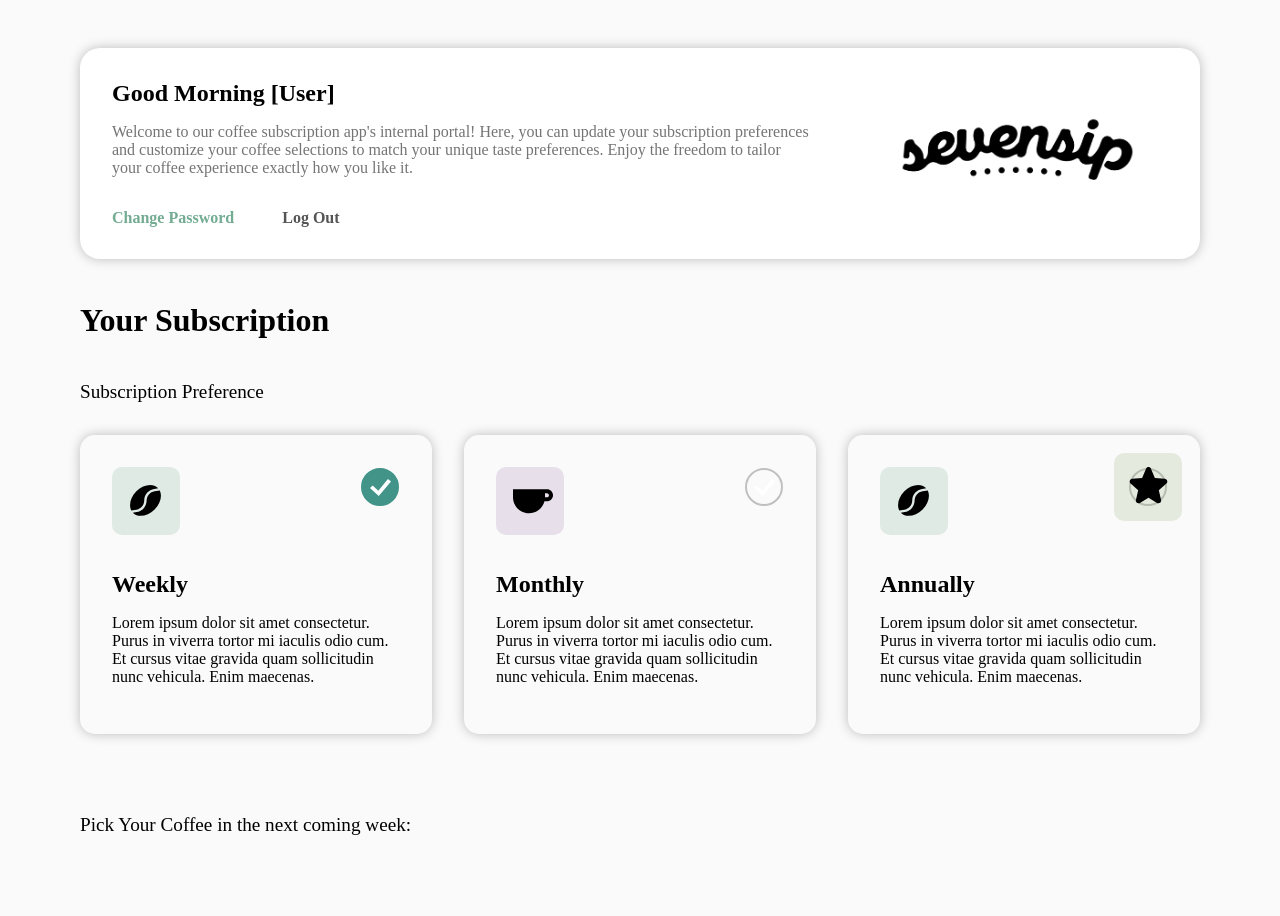
Repository: Haydenleung/COMP-4170-Final-Project
Page: http://localhost/main
These files come from the project's save history. The page is drawn as it stood at one moment and after the next save; the edit follows.
The browser window is 1280 px wide. The pictures show the whole page.
The page is served by the project's Node server (app.js).

Above is the page before, as saved 2024-03-22 18:19:57.

### views/main.ejs
<%- include('partials/header') %>


    <div class="main-container">
        <div class="main-subcontainer">
            <div class="main-welcome">
                <div class="main-greeting">
                    <h3>Good Morning [User]</h3>
                    <p>Welcome to our coffee subscription app's internal portal! Here, you can update your subscription
                        preferences and customize your coffee selections to match your unique taste preferences. Enjoy
                        the freedom to tailor your coffee experience exactly how you like it.</p>
                </div>
                <div class="main-feature">
                    <a href="/edit" class="mainbtn chnpassword">Change Password</a>
                    <a href="/" class="mainbtn logout">Log Out</a>
                </div>
            </div>
            <div class="main-logo-container">
                <img class="main-logo" src="/images/logo.png" alt="company logo" />
            </div>
        </div>
        <div class="main-content">
            <h4>Your Subscription</h4>
            <div class="subscribe-section">
                <h5>Subscription Preference</h5>
                <div class="subscribe-container">
                    <div class="sub-option selected">
                        <div class="tick">
                            <svg viewBox="0 0 100 100" xmlns="http://www.w3.org/2000/svg">
                                <circle cx="50" cy="50" r="45" fill="#429488" stroke="#429488" stroke-width="5" />
                            </svg>
                            <img class="sub-tick" src="/images/tick.svg" alt="icon" />
                        </div>
                        <img class="sub-icon" src="/images/week.svg" alt="icon" />
                        <div class="sub-title">Weekly</div>
                        <p class="sub-body">Lorem ipsum dolor sit amet consectetur. Purus in viverra tortor mi iaculis
                            odio cum. Et
                            cursus vitae gravida quam sollicitudin nunc vehicula. Enim maecenas.</p>
                    </div>
                    <div class="sub-option">
                        <div class="tick">
                            <svg viewBox="0 0 100 100" xmlns="http://www.w3.org/2000/svg">
                                <circle cx="50" cy="50" r="45" fill="none" stroke="#C0C0C0" stroke-width="5" />
                            </svg>
                            <img class="sub-tick" src="/images/tick.svg" alt="icon" />
                        </div>
                        <img class="sub-icon" src="/images/month.svg" alt="icon" />
                        <div class="sub-title">Monthly</div>
                        <p class="sub-body">Lorem ipsum dolor sit amet consectetur. Purus in viverra tortor mi iaculis
                            odio cum. Et
                            cursus vitae gravida quam sollicitudin nunc vehicula. Enim maecenas.</p>
                    </div>
                    <div class="sub-option">
                        <div class="tick">
                            <svg viewBox="0 0 100 100" xmlns="http://www.w3.org/2000/svg">
                                <circle cx="50" cy="50" r="45" fill="none" stroke="#C0C0C0" stroke-width="5" />
                            </svg>
                            <img class="sub-tick" src="/images/annual.svg" alt="icon" />
                        </div>
                        <img class="sub-icon" src="/images/week.svg" alt="icon" />
                        <div class="sub-title">Annually</div>
                        <p class="sub-body">Lorem ipsum dolor sit amet consectetur. Purus in viverra tortor mi iaculis
                            odio cum. Et
                            cursus vitae gravida quam sollicitudin nunc vehicula. Enim maecenas.</p>
                    </div>

                </div>
            </div>
            <div class="coffee-section">
                <h5>Pick Your Coffee in the next coming week:</h5>
                <div></div>
            </div>
        </div>
    </div>

    <%- include('partials/footer') %>

### views/partials/header.ejs
<!DOCTYPE html>
<html lang="en">

<head>
    <meta charset="UTF-8" />
    <meta http-equiv="X-UA-Compatible" content="IE=edge" />
    <meta name="viewport" content="width=device-width, initial-scale=1.0" />
    <link rel="stylesheet" href="styles/main.css" />
    <title>Subscriber Portal</title>
</head>

<body>
    <main>

### app.js
import express from "express";
import pg from "pg";

const app = express();
const port = 3000;

app.set('view engine', 'ejs');

app.use(express.urlencoded({ extended: true }));
app.use(express.static("public"));

app.get("/", (req, res) => {
    res.render("index.ejs");
});

app.get("/register", (req, res) => {
    res.render("register.ejs");
});

app.get("/main", (req, res) => {
    res.render("main.ejs");
});

app.listen(port, () => {
    console.log(`Server running on port ${port}`);
});

### public/styles/main.css
* {
    box-sizing: border-box;
    font-family: "Montserrat";
}

html {
    background-color: #FAFAFA;
    height: 100vh;
    padding: 0;
    margin: 0;
}

body {
    display: flex;
    flex-direction: column;
    padding: 0;
    margin: 0;
    height: 100%;
}

main {
    display: flex;
    flex-grow: 1;
}

.home {
    display: flex;
    flex-direction: row;
    height: 100%;
    width: 100%;
}

.photo {
    object-fit: cover;
    width: 100%;
    height: 100%;
    border-radius: 0 20px 20px 0;
}

.home-photo {
    height: 100%;
    flex-grow: 1;
    overflow: hidden;
}

.home-login {
    min-width: 40rem;
    display: flex;
    flex-direction: column;
    justify-content: center;
    align-items: center;
}

.login-container {
    width: 100%;
    height: 100%;
    display: flex;
    flex-direction: column;
    justify-content: center;
    align-items: center;
    padding: 1rem 8rem;
}

.logo {
    width: 10rem;
    margin-bottom: 4rem;
}

.form-container {
    display: flex;
    flex-direction: column;
    align-items: center;
    /* background-color: grey; */
    width: 100%;
    margin-bottom: 1.5rem;
}

h3 {
    font-size: 1.5em;
}

.form-title {
    text-align: center;
    margin-bottom: 3rem;
}

.form-main {
    width: 100%;
    display: flex;
    flex-direction: column;
    align-items: center;
    gap: 1.5rem;
}

.login-form {
    width: 100%;
}

.login-button {
    width: 100%;
    display: flex;
    flex-direction: column;
    gap: 1.5rem;
    margin-top: 2rem;
}

.forminput {
    width: 100%;
    height: 3rem;
    background-color: transparent;
    border: none;
    border-bottom: 1px solid black;
    padding: 1rem;
    font-size: 1em;
}

.forminput:focus {
    outline: none;
}

.submitbtn,
.regbtn {
    width: 100%;
    height: 3rem;
    border-radius: 6px;
    border: none;
    font-size: 1em;
    font-weight: 600;
    color: white;
    cursor: pointer;
    text-decoration: none;
    display: flex;
    justify-content: center;
    align-items: center;
}

.submitbtn {
    background-color: #73AC92;
}

.regbtn {
    background-color: #969696
}

.regisblue {
    background-color: #3EA1DB;
}

/* Main */

.main-container {
    width: 100%;
    display: flex;
    flex-direction: column;
    align-items: center;
    padding: 3rem 5rem;
}

.main-subcontainer {
    width: 100%;
    background-color: white;
    border-radius: 15pt;
    box-shadow: 0 0 12px rgba(0, 0, 0, 0.25);
    display: flex;
    flex-direction: row;
    padding: 2rem;
    justify-content: center;
    align-items: center;
    gap: 5%;
}

.main-welcome {
    flex-grow: 1;
    display: flex;
    flex-direction: column;
    justify-content: center;
    width: 100%;
    height: 100%;
    gap: 1rem;
}


.main-greeting>p {
    color: #747474;
    font-weight: 500;
}

.mainbtn {
    text-decoration: none;
    font-weight: 600;
}

.mainbtn:hover {
    text-decoration: underline;
    text-underline-offset: 8px;
}

.chnpassword {
    color: #73AC92;
}

.logout {
    color: #545454;
}

.main-feature {
    display: flex;
    flex-direction: row;
    gap: 3rem;
}

.main-logo-container {
    padding: 2rem;
    width: 40%;
}

.main-logo {
    width: 100%;
}

.main-content {
    width: 100%;
}

.subscribe-section {
    width: 100%;
    margin-bottom: 5rem;
}

.subscribe-container {
    display: grid;
    grid-template-columns: 1fr 1fr 1fr;
    gap: 2rem;
}

.sub-option {
    min-height: 12rem;
    box-shadow: 0 0 12px rgba(0, 0, 0, 0.25);
    border-radius: 15px;
    padding: 2rem 2rem;
    position: relative;
}

.sub-icon {
    margin-bottom: 2rem;
}

.tick {
    position: absolute;
    right: 2rem;
    top: 2rem;
    width: 2.5rem;
    display: flex;
    justify-content: center;
    align-items: center;
}

.sub-tick {
    position: absolute;
}

.sub-title {
    font-size: 1.5em;
    font-weight: 600;
    margin-bottom: 1rem;
}

h3 {
    margin: 0;
}

h4 {
    font-size: 2em;
}

h5 {
    font-size: 1.2em;
    font-weight: 400;
}

### public/images/tick.svg
<svg width="21" height="17" viewBox="0 0 21 17" fill="none" xmlns="http://www.w3.org/2000/svg">
<path d="M17.9361 0L8.31387 11.7368L2.625 6.47746L0 8.90603L8.74863 17L21 2.42857L17.9361 0Z" fill="white"/>
</svg>

### public/images/week.svg
<svg width="68" height="68" viewBox="0 0 68 68" fill="none" xmlns="http://www.w3.org/2000/svg">
<rect width="68" height="68" rx="10" fill="#73AC92" fill-opacity="0.2"/>
<path d="M24.2499 42.7501C26.4672 42.4209 28.4921 41.3054 29.9554 39.6073C31.4186 37.9092 32.2225 35.7416 32.2203 33.5001C32.2315 30.6863 33.2522 27.9699 35.0969 25.8452C36.9416 23.7204 39.4877 22.3283 42.272 21.9221L46.2649 21.3517C46.157 21.2284 46.0645 21.1051 45.9412 20.9817C40.9153 15.9559 31.2645 17.4667 24.3578 24.3426C18.5149 30.2626 16.5416 38.1251 19.2549 43.4592L24.2499 42.7501Z" fill="black"/>
<path d="M34.6256 33.5C34.6155 36.3133 33.5975 39.0298 31.7562 41.1568C29.9149 43.2838 27.3722 44.6804 24.5894 45.0933L20.7969 45.6329L21.0281 45.895C26.054 50.9208 35.7048 49.4254 42.6115 42.5496C48.4235 36.7529 50.4585 28.875 47.7606 23.6179L42.6115 24.3579C40.4084 24.678 38.3924 25.7754 36.9278 27.4521C35.4632 29.1287 34.6467 31.2739 34.6256 33.5Z" fill="black"/>
</svg>

### public/images/month.svg
<svg width="68" height="68" viewBox="0 0 68 68" fill="none" xmlns="http://www.w3.org/2000/svg">
<rect width="68" height="68" rx="10" fill="#9D73AC" fill-opacity="0.2"/>
<path d="M17 22.3121H51C52.5913 22.3121 54.1174 22.9439 55.2426 24.0683C56.3679 25.1928 57 26.7179 57 28.3082C57 29.8984 56.3679 31.4235 55.2426 32.548C54.1174 33.6725 52.5913 34.3042 51 34.3042H48.496C47.5256 38.076 45.211 41.3642 41.9868 43.5517C38.7625 45.7391 34.8502 46.6753 30.9842 46.1847C27.1182 45.694 23.5643 43.8102 20.9895 40.8868C18.4147 37.9633 16.9962 34.2013 17 30.3069V22.3121ZM49 30.3069H51C51.5304 30.3069 52.0391 30.0963 52.4142 29.7215C52.7893 29.3466 53 28.8383 53 28.3082C53 27.7781 52.7893 27.2697 52.4142 26.8949C52.0391 26.5201 51.5304 26.3095 51 26.3095H49V30.3069Z" fill="black"/>
</svg>

### public/images/annual.svg
<svg width="68" height="68" viewBox="0 0 68 68" fill="none" xmlns="http://www.w3.org/2000/svg">
<rect width="68" height="68" rx="10" fill="#93AC73" fill-opacity="0.2"/>
<path d="M52.3888 30.5244L44.8134 37.1357L47.0827 46.9786C47.2028 47.4932 47.1685 48.0318 46.9842 48.5269C46.7998 49.0221 46.4736 49.452 46.0463 49.7628C45.619 50.0736 45.1096 50.2516 44.5817 50.2744C44.0538 50.2972 43.5309 50.164 43.0783 49.8912L34.4934 44.6842L25.927 49.8912C25.4745 50.164 24.9515 50.2972 24.4236 50.2744C23.8958 50.2516 23.3863 50.0736 22.959 49.7628C22.5317 49.452 22.2055 49.0221 22.0211 48.5269C21.8368 48.0318 21.8026 47.4932 21.9226 46.9786L24.1885 37.1458L16.6115 30.5244C16.2107 30.1788 15.9209 29.7225 15.7784 29.2128C15.636 28.7032 15.6471 28.1628 15.8105 27.6594C15.974 27.156 16.2824 26.7121 16.6971 26.3834C17.1118 26.0546 17.6143 25.8555 18.1417 25.8112L28.1291 24.9462L32.0276 15.6474C32.2312 15.1595 32.5746 14.7427 33.0146 14.4496C33.4546 14.1564 33.9714 14 34.5001 14C35.0288 14 35.5457 14.1564 35.9857 14.4496C36.4256 14.7427 36.769 15.1595 36.9726 15.6474L40.8829 24.9462L50.867 25.8112C51.3944 25.8555 51.8969 26.0546 52.3116 26.3834C52.7263 26.7121 53.0347 27.156 53.1981 27.6594C53.3615 28.1628 53.3727 28.7032 53.2302 29.2128C53.0878 29.7225 52.798 30.1788 52.3972 30.5244H52.3888Z" fill="black"/>
</svg>

Loaded but not shown: views/partials/footer.ejs (common file)

After the next save:
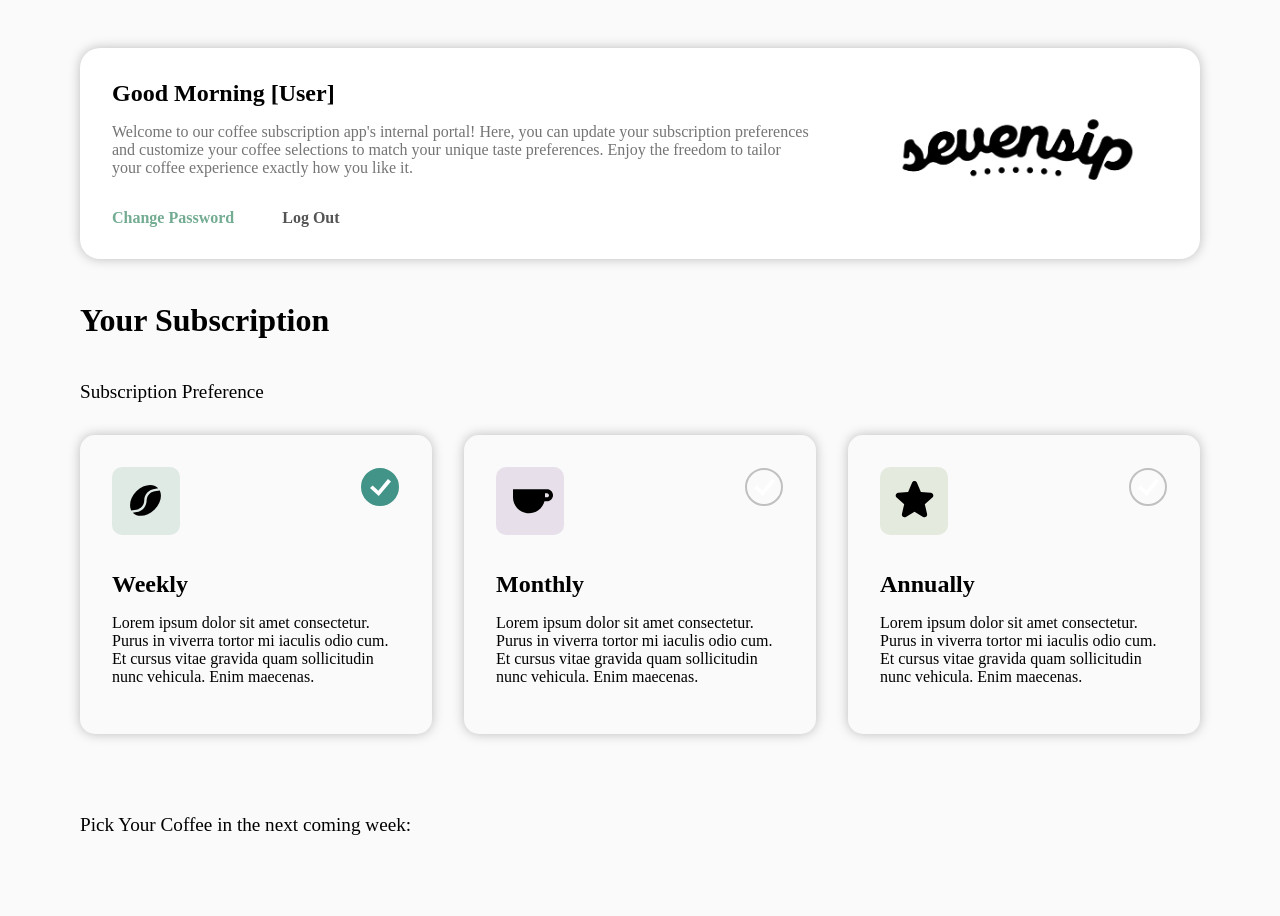
Saved 7 s later.
--- a/views/main.ejs
+++ b/views/main.ejs
@@ -55,9 +55,9 @@
                             <svg viewBox="0 0 100 100" xmlns="http://www.w3.org/2000/svg">
                                 <circle cx="50" cy="50" r="45" fill="none" stroke="#C0C0C0" stroke-width="5" />
                             </svg>
-                            <img class="sub-tick" src="/images/annual.svg" alt="icon" />
+                            <img class="sub-tick" src="/images/tick.svg" alt="icon" />
                         </div>
-                        <img class="sub-icon" src="/images/week.svg" alt="icon" />
+                        <img class="sub-icon" src="/images/annual.svg" alt="icon" />
                         <div class="sub-title">Annually</div>
                         <p class="sub-body">Lorem ipsum dolor sit amet consectetur. Purus in viverra tortor mi iaculis
                             odio cum. Et
